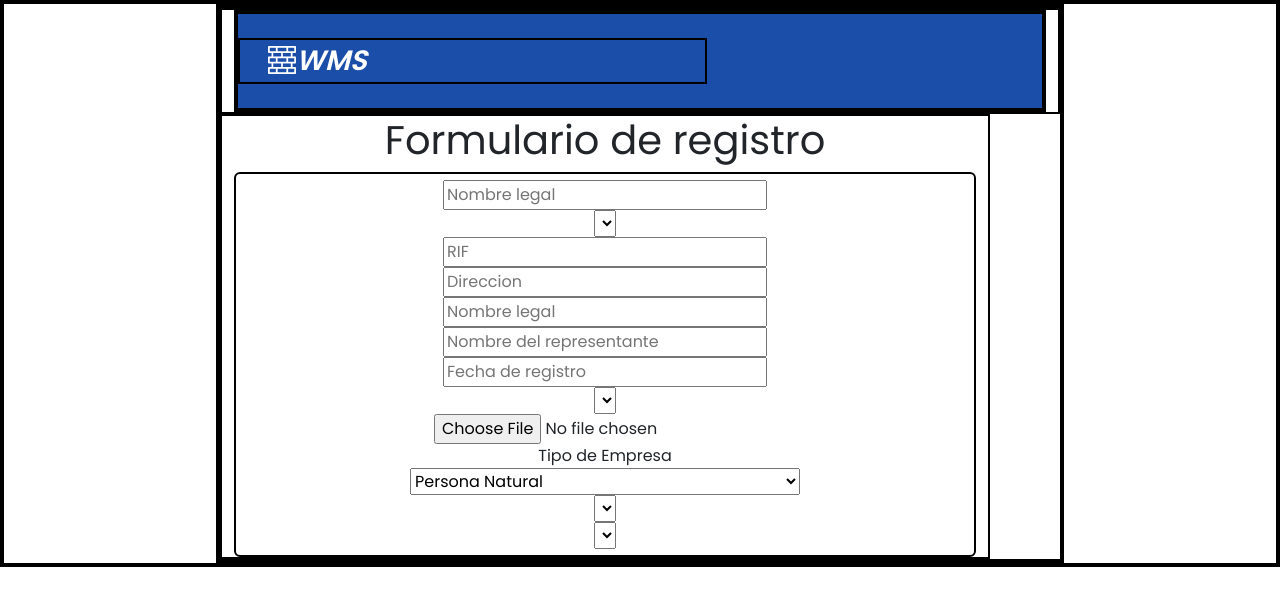
Repository: Rafa-x64/Gestion_inventario_practica
Page: http://localhost/Gestion_inventario/index.php?page=registro-empresa
An editor plug-in stored every save of this project. The page is shown before and after a run of saves, followed by the edit.
The browser window is 1280 px wide. The pictures show the whole page.
The page is run by PHP 8.4 with error messages shown; the project is at /var/www/html/.

Above is the page before, as saved 2025-07-22 17:49:15.

### index.php
<?php
require_once "config/app.php";
require_once "controller/vistaC.php";

$controlador = new vistaC();
$controlador->cargarVista();

### config/app.php
<?php

const SERVERURL = "http://localhost/Gestion_inventario/";

const NOMBRE_APLICACION = "WMS";

const MONEDA = ["bolivar" => "Bs.", "dolar" => "$", "euro" => "€", "pesos" => "$", "real" => "R$"];

date_default_timezone_set("America/Caracas");

### controller/vistaC.php
<?php
require_once("./model/vistaM.php"); //debe incluir el codigo del modelo

class vistaC extends vistaM //extiende del modelo para usar sus metodos
{

    public function cargarVista() //funcion que carga la vista segun la url que se obtiene como parametro
    {
        if (isset($_GET["page"])) { //page es el parametro especificado en .htaccess
            $vista = self::obtenerVista($_GET["page"]); //se asigna esa url a vista si esta establecido
        } else {
            $vista = "inicio-view.php"; //se muestra el inicio si no esta establecido el parametro en la url
        }

        require("view/plantilla.php"); //se requiere la plantilla para poder mostrar esa vista
    }
}

### model/vistaM.php
<?php

class vistaM
{
    //metodo que obtiene la vista que se le asigna en $pagina
    protected static function obtenerVista($pagina) //recive una variable pagina
    {
        $paginas_existentes = ["404", "inicio-sesion", "inicio", "registro-empresa"]; //lista de paginas del proyecto
        if (!in_array($pagina, $paginas_existentes)) { //si no esta en el array entonces...
            return "404-view.php"; //pagina de 404
            exit();
        }

        return $pagina . "-view.php"; //retorna $pagina-view para ser abierta por el controlador si esa pagina existe en la lista
    }
}

### view/plantilla.php
    <?php

    //aqui se ejecuta la vista y se muestran los includes si la pagina cumple cierta condicion

    if ($vista != "inicio-view.php" && $vista != "404-view.php" && $vista != "inicio-sesion-view.php" && $vista != "registro-empresa-view.php") {
        include("view/includes/links.php");
        require("view/includes/header.html");
        include("php/" . $vista);
        require("view/includes/footer.html");
        include("view/includes/scripts.php");
    }

    include("view/includes/links.php");
    require("php/" . $vista);
    include("view/includes/scripts.php");

    ?>

### view/includes/links.php
<!DOCTYPE html>
<html lang="en">

<head>
    <meta charset="UTF-8">
    <meta name="viewport" content="width=device-width, initial-scale=1.0">
    <title><?php echo NOMBRE_APLICACION; ?></title>
    <link href="https://cdn.jsdelivr.net/npm/bootstrap@5.3.7/dist/css/bootstrap.min.css" rel="stylesheet"
        integrity="sha384-LN+7fdVzj6u52u30Kp6M/trliBMCMKTyK833zpbD+pXdCLuTusPj697FH4R/5mcr" crossorigin="anonymous">
    <link rel="stylesheet" href="https://cdn.jsdelivr.net/npm/bootstrap-icons@1.10.5/font/bootstrap-icons.css">
    <link rel="stylesheet" href="<?php echo SERVERURL ?>view/css/bordes.css">
    <link rel="stylesheet" href="<?php echo SERVERURL ?>view/css/inicio-view.css">
    <link rel="shortcut icon" href="<?php echo SERVERURL ?>view/images/bootstrap-fill.ico" type="image/x-icon">
    <link rel="stylesheet" href="<?php echo SERVERURL ?>view/css/registro-empresa-view.css">
</head>

<body>

### view/php/registro-empresa-view.php
<style>
    [class*="col"],
    [class*="row"],
    [class*="section"] {
        border: 2px solid black;
    }

    [class*="container"] {
        border: 2px solid black;
    }
</style>
<div class="container-fluid">
    <div class="row d-flex flex-column align-items-center justify-content-center">
        <div class="col-8 align-items-center justify-content-center">
            <div class="row">
                <div class="col">
                    <header id="barra-navegacion">
                        <div class="container-fluid pt">
                            <div class="row flex-row py-4">
                                <div class="col-7 d-flex flex-row justify-content-start">
                                    <i class="bi bi-bricks fs-3 ps-3 text-white">WMS</i>
                                </div>
                            </div>
                        </div>
                    </header>
                </div>
                <div class="col-11 d-flex flex-column align-items-center justify-content-center">
                    <h1>Formulario de registro</h1>
                    <form action="" method="post" class="form-control d-flex flex-column align-items-center justify-content-center">
                        <input type="text" name="" id="nombre_legal" placeholder="Nombre legal">
                        <select name="" id="">
                            <option value=""></option>
                            <option value=""></option>
                            <option value=""></option>
                            <option value=""></option>
                            <option value=""></option>
                            <option value=""></option>
                        </select><input type="text" name="" id="rif" placeholder="RIF"><input type="text" name="" id="direccion" placeholder="Direccion"><input type="text" name="" id="nombre_legal" placeholder="Nombre legal">
                        <input:mail id="correo" placeholder="Correo electronico"></input:mail>
                        <input type="text" name="" id="nombre_representante" placeholder="Nombre del representante"><input type="text" name="" id="fecha_registro" placeholder="Fecha de registro">
                        <select name="" id="">
                            <option value=""></option>
                            <option value=""></option>
                        </select><input type="file" name="" id="logo"><label for="">Tipo de Empresa</label>
                        <select name="tipo_empresa" id="">
                            <option value="persona_natural">Persona Natural</option>
                            <option value="sociedad_anonima">Sociedad Anónima (S.A.)</option>
                            <option value="sociedad_de_responsabilidad_limitada">Sociedad de Responsabilidad Limitada (S.R.L.)</option>
                            <option value="sociedad_comanditaria">Sociedad Comanditaria</option>
                            <option value="sociedad_civil">Sociedad Civil</option>
                            <option value="cooperativa">Cooperativa</option>
                            <option value="fundacion">Fundación</option>
                            <option value="comunidad_de_bienes">Comunidad de Bienes</option>
                            <option value="empresa_del_estado">Empresa del Estado</option>
                            <option value="comercial">Comercial</option>
                            <option value="industrial">Industrial</option>
                            <option value="servicios">Servicios</option>
                            <option value="agropecuario">Agropecuario</option>
                            <option value="tecnologico">Tecnológico</option>
                            <option value="salud">Salud</option>
                            <option value="educacion">Educación</option>
                            <option value="transporte">Transporte</option>
                            <option value="construccion">Construcción</option>
                            <option value="turismo">Turismo</option>
                            <option value="financiero">Financiero</option>
                            <option value="energia">Energía</option>
                            <option value="local">Local</option>
                            <option value="regional">Regional</option>
                            <option value="nacional">Nacional</option>
                            <option value="multinacional">Multinacional</option>
                            <option value="transnacional">Transnacional</option>
                            <option value="microempresa">Microempresa</option>
                            <option value="pequena">Pequeña</option>
                            <option value="mediana">Mediana</option>
                            <option value="grande">Grande</option>
                            <option value="privada">Privada</option>
                            <option value="publica">Pública</option>
                            <option value="mixta">Mixta</option>
                            <option value="primario">Primario</option>
                            <option value="secundario">Secundario</option>
                            <option value="terciario">Terciario</option>
                            <option value="cuaternario">Cuaternario</option>
                            <option value="quinario">Quinario</option>
                        </select>
                        <select name="" id="">Moneda
                            <option value=""></option>
                            <option value=""></option>
                            <option value=""></option>
                        </select><select name="" id="">Zona horaria
                            <option value=""></option>
                        </select>

                    </form>
                </div>
            </div>
        </div>
    </div>
</div>

<?php
include("./controller/registroEmpresaC.php");
$registro = registroEmpresaC::getFormulario($_POST);
?>

### controller/registroEmpresaC.php
<?php

include_once("./model/mainModel.php");
include_once("./model/empresaM.php");

class registroEmpresaC extends mainModel
{

    public static function getFormulario($formulario) {}

    public static function validar_rif()
    {
        /*Se usa el algoritmo Módulo 11, que toma los primeros 9 caracteres y les aplica una
        fórmula ponderada. El resultado final es el dígito verificador que valida el número
        completo.*/
    }
}

### model/mainModel.php
<?php

include_once("./config/server.php");

class mainModel
{

    protected static function conectar_base_datos()
    {
        try {
            $con = new PDO(SGBD, USUARIO, CONSTRASEÑA);
            $con->exec("SET CARACTER SET utf8");
            return $con;
        } catch (PDOException $e) {
            echo $e->getMessage();
        }
    }

    protected static function consulta_simple($sentenciaSQL)
    {
        $operacion = self::conectar_base_datos()->prepare($sentenciaSQL);
        $operacion->execute();
        return $operacion;
    }
}

### config/server.php
<?php

const SGBD = "mysql:host=localhost;dbname=WMS";

const USUARIO = "root";

const CONSTRASEÑA = "";

const METHOD = "AES-256-CBC";

### model/empresaM.php
<?php

include_once("./model/mainModel.php");

class empresaM extends mainModel
{
    private $id_empresa = ""; //crear una funcion que genere el id de la empresa
    private $nombre_legal = "";
    private $rif = ""; //validar que sea un rif valido segun el pais
    private $direccion = "";
    private $contacto = "";
    private $correo = "";
    private $nombre_representante = "";
    private $fecha_registro = ""; //date
    private $estado_condicion = ""; //booleano
    private $logo = ""; //imagen;
    private $tipo_empresa = "";
    private $moneda = ""; //seleccionar las monedas existentes en ./config/server.php
    private $zona_horaria = "";

    public function __construct(
        $nombre_legal,
        $rif,
        $direccion,
        $contacto,
        $correo,
        $nombre_representante,
        $fecha_registro,
        $estado_condicion,
        $logo,
        $tipo_empresa,
        $moneda,
        $zona_horaria
    ) {
        $this->id_empresa = $this->generarIdEmpresa();
        $this->nombre_legal = $nombre_legal;
        $this->rif = $rif;
        $this->direccion = $direccion;
        $this->contacto = $contacto;
        $this->correo = $correo;
        $this->nombre_representante = $nombre_representante;
        $this->fecha_registro = $fecha_registro;
        $this->estado_condicion = $estado_condicion;
        $this->logo = $logo;
        $this->tipo_empresa = $tipo_empresa;
        $this->moneda = $moneda;
        $this->zona_horaria = $zona_horaria;
    }

    private function generarIdEmpresa()
    {
        return uniqid("EMP_");
    }

    public function getIdEmpresa()
    {
        return $this->id_empresa;
    }

    public function getNombreLegal()
    {
        return $this->nombre_legal;
    }

    public function setNombreLegal($nombre_legal)
    {
        $this->nombre_legal = $nombre_legal;
    }

    public function getRif()
    {
        return $this->rif;
    }

    public function setRif($rif)
    {
        $this->rif = $rif;
    }

    public function getDireccion()
    {
        return $this->direccion;
    }

    public function setDireccion($direccion)
    {
        $this->direccion = $direccion;
    }

    public function getContacto()
    {
        return $this->contacto;
    }

    public function setContacto($contacto)
    {
        $this->contacto = $contacto;
    }

    public function getCorreo()
    {
        return $this->correo;
    }

    public function setCorreo($correo)
    {
        $this->correo = $correo;
    }

    public function getNombreRepresentante()
    {
        return $this->nombre_representante;
    }

    public function setNombreRepresentante($nombre_representante)
    {
        $this->nombre_representante = $nombre_representante;
    }

    public function getFechaRegistro()
    {
        return $this->fecha_registro;
    }

    public function setFechaRegistro($fecha_registro)
    {
        $this->fecha_registro = $fecha_registro;
    }

    public function getEstadoCondicion()
    {
        return $this->estado_condicion;
    }

    public function setEstadoCondicion($estado_condicion)
    {
        $this->estado_condicion = $estado_condicion;
    }

    public function getLogo()
    {
        return $this->logo;
    }

    public function setLogo($logo)
    {
        $this->logo = $logo;
    }

    public function getTipoEmpresa()
    {
        return $this->tipo_empresa;
    }

    public function setTipoEmpresa($tipo_empresa)
    {
        $this->tipo_empresa = $tipo_empresa;
    }

    public function getMoneda()
    {
        return $this->moneda;
    }

    public function setMoneda($moneda)
    {
        $this->moneda = $moneda;
    }

    public function getZonaHoraria()
    {
        return $this->zona_horaria;
    }

    public function setZonaHoraria($zona_horaria)
    {
        $this->zona_horaria = $zona_horaria;
    }

    public function __toString()
    {
        return "Empresa: {$this->nombre_legal}, RIF: {$this->rif}, Dirección: {$this->direccion}, Contacto: {$this->contacto}, Correo: {$this->correo}, Representante: {$this->nombre_representante}, Fecha de registro: {$this->fecha_registro}, Estado: {$this->estado_condicion}, Tipo: {$this->tipo_empresa}, Moneda: {$this->moneda}, Zona horaria: {$this->zona_horaria}";
    }
}

### view/includes/scripts.php
</body>

<script src="https://cdn.jsdelivr.net/npm/bootstrap@5.3.7/dist/js/bootstrap.bundle.min.js"
    integrity="sha384-ndDqU0Gzau9qJ1lfW4pNLlhNTkCfHzAVBReH9diLvGRem5+R9g2FzA8ZGN954O5Q"
    crossorigin="anonymous">
</script>

</html>

### view/css/bordes.css
@import url('https://fonts.googleapis.com/css2?family=Poppins:wght@300;400;600&display=swap');

body {
    margin: 0;
    padding: 0;
    font-size: 1rem;
    font-weight: 600;
    font-family: 'Poppins', sans-serif;
}

/*----------comentar para ocultar los bordes visibles--------------*/
[class*="col"],
[class*="row"],
[class*="section"] {
    border: 2px solid black;
}

[class*="container"] {
    border: 2px solid black;
}

### view/css/inicio-view.css
#main {
    background-color: #e5eeff;
}

#barra-navegacion {
    background-color: #1a4ea9;
}

#eslogan {
    color: white;
}

#registro-sesion a {
    text-decoration: none;
    color: white;
    border-radius: 1rem;
}

#registro,
#inicio-sesion {
    border-radius: 1rem;
}



#conocenos h1 {
    color: #1a4ea9;
    font-size: 3.5rem;
    font-weight: bold;
}

#comparativa {
    position: relative;
    background-color: white;
    border-radius: 1rem;
    box-shadow: 0 4px 12px #c5d3e0;
}

.icono-superior {
    position: absolute;
    top: -25px;
    /* sobresale por arriba */
    right: -20px;
    /* sobresale por la izquierda */
    z-index: 9999;
}

#comparativa h1 {
    font-size: 2.5rem;
    font-weight: bold;
}

#comparativa i {
    color: #00923F !important;
}

#comparativa b {
    color: #1a4ea9;
}

Loaded but not shown: view/css/registro-empresa-view.css (no copy from this time; the picture is the same without it)

After the next 13 saves:
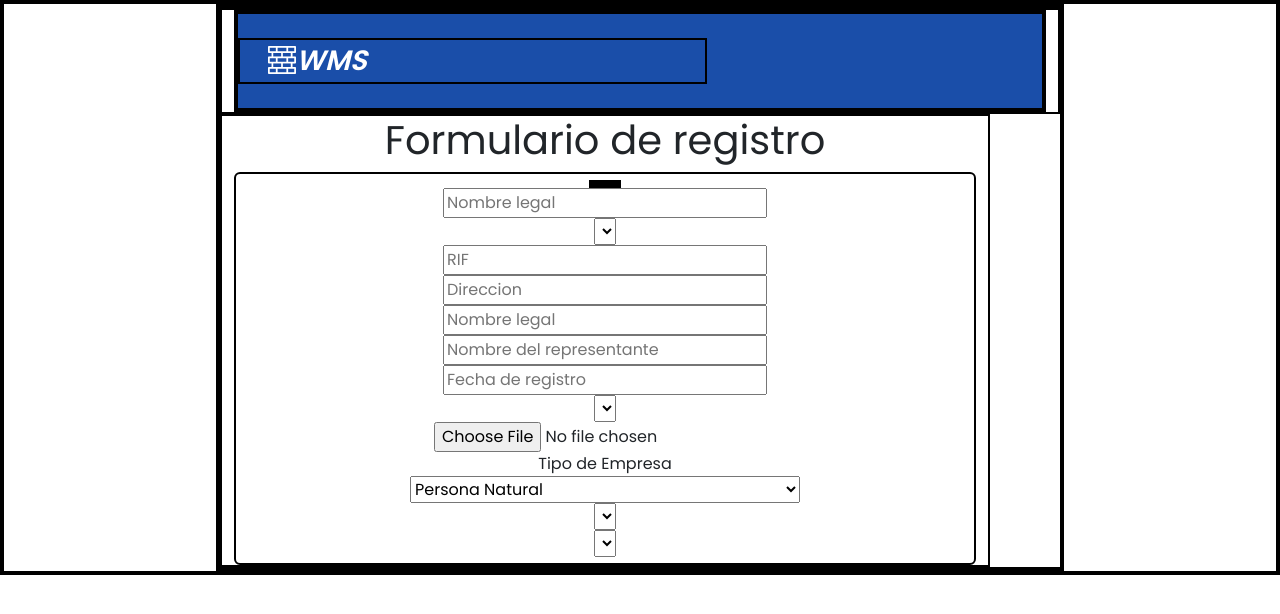
The 13 saves are shown as one change because they came seconds apart.
The last was saved 81 s later.
--- a/view/php/registro-empresa-view.php
+++ b/view/php/registro-empresa-view.php
@@ -27,6 +27,11 @@
                 <div class="col-11 d-flex flex-column align-items-center justify-content-center">
                     <h1>Formulario de registro</h1>
                     <form action="" method="post" class="form-control d-flex flex-column align-items-center justify-content-center">
+                        <div class="row">
+                            <div class="col">
+
+                            </div>
+                        </div>
                         <input type="text" name="" id="nombre_legal" placeholder="Nombre legal">
                         <select name="" id="">
                             <option value=""></option>
